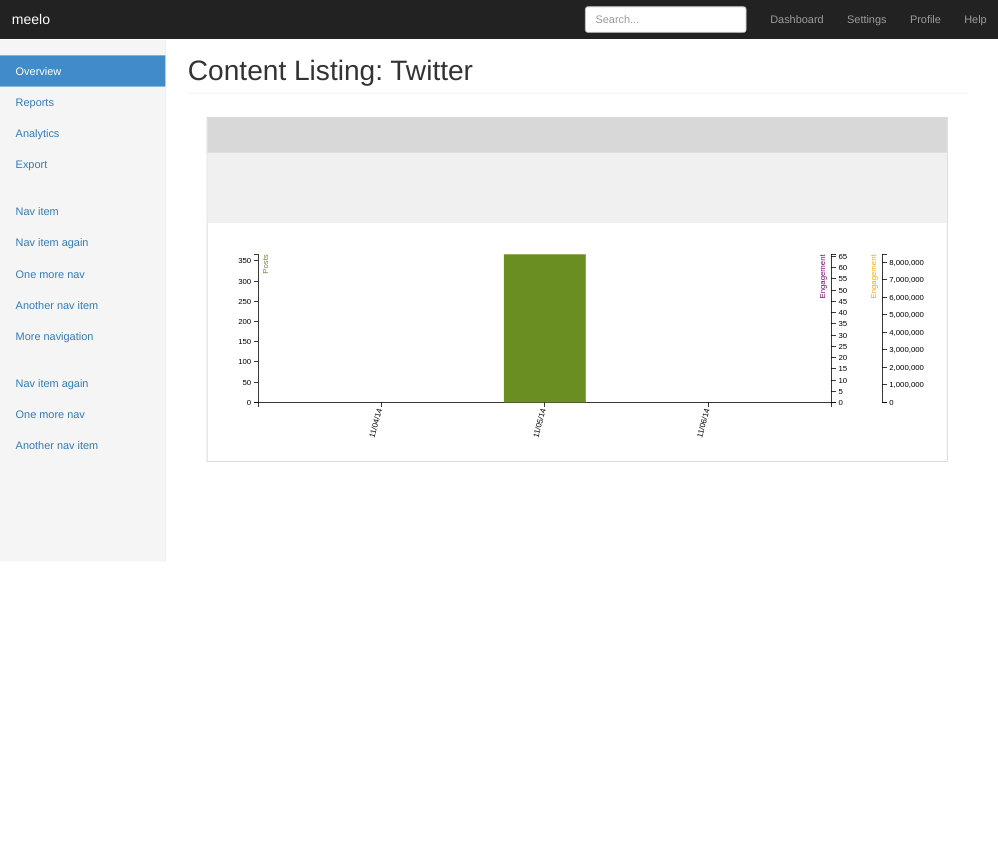
Repository: sadam0930/dashboard-example
Page: mclient/index.html
The author's editor kept a record of every edit. The page is drawn from the files as they stood at one moment, then again after the next edit.
The browser window is 1280 px wide. The pictures show the whole page, at 78% of full size.
Pictures or frames that could not be fetched are drawn as grey boxes.

Above is the page before.

### mclient/index.html
<!doctype html>
<html lang="en" ng-app>
  <head>
    <title>Dashboard Example</title>
    <meta name="viewport" content="width=device-width, initial-scale=1.0">
    <link rel="stylesheet" href="/css/bootstrap.min.css">
    <link rel="stylesheet" href="/css/bootstrap-responsive.min.css">
    <link rel="stylesheet" href="/css/jquery.dataTables.min.css">
    <link rel="stylesheet" href="/css/dataTables.bootstrap.css">
    <link rel="stylesheet" href="/css/jquery.gridster.min.css">
    <!-- Custom styles for this template -->
    <link rel="stylesheet" href="/css/dashboard.css">
  </head>
  <body>

    <nav class="navbar navbar-inverse navbar-fixed-top" role="navigation">
      <div class="container-fluid">
        <div class="navbar-header">
          <button type="button" class="navbar-toggle collapsed" data-toggle="collapse" data-target="#navbar" aria-expanded="false" aria-controls="navbar">
            <span class="sr-only">Toggle navigation</span>
            <span class="icon-bar"></span>
            <span class="icon-bar"></span>
            <span class="icon-bar"></span>
          </button>
          <a class="navbar-brand" href="#">meelo</a>
        </div>
        <div id="navbar" class="navbar-collapse collapse">
          <ul class="nav navbar-nav navbar-right">
            <li><a href="#">Dashboard</a></li>
            <li><a href="#">Settings</a></li>
            <li><a href="#">Profile</a></li>
            <li><a href="#">Help</a></li>
          </ul>
          <form class="navbar-form navbar-right">
            <input type="text" class="form-control" placeholder="Search...">
          </form>
        </div>
      </div>
    </nav>

    <div class="container-fluid">
      <div class="row">
        <div class="col-sm-3 col-md-2 sidebar">
          <ul class="nav nav-sidebar">
            <li class="active"><a href="#">Overview <span class="sr-only">(current)</span></a></li>
            <li><a href="#">Reports</a></li>
            <li><a href="#">Analytics</a></li>
            <li><a href="#">Export</a></li>
          </ul>
          <ul class="nav nav-sidebar">
            <li><a href="">Nav item</a></li>
            <li><a href="">Nav item again</a></li>
            <li><a href="">One more nav</a></li>
            <li><a href="">Another nav item</a></li>
            <li><a href="">More navigation</a></li>
          </ul>
          <ul class="nav nav-sidebar">
            <li><a href="">Nav item again</a></li>
            <li><a href="">One more nav</a></li>
            <li><a href="">Another nav item</a></li>
          </ul>
        </div>

        <div class="col-sm-9 col-sm-offset-3 col-md-10 col-md-offset-2 main">

          <h1 class="page-header">Content Listing: Twitter</h1>
          <div class="wrapper gridster">
            <ul>
               <li data-row="1" data-col="1" data-sizex="1" data-sizey="1">
                  <div class="widget" id="chart-1">
                    <div class="top" style="height:45px"></div>
                    <div class="info"></div>
                  </div>
               </li>
               <li data-row="2" data-col="1" data-sizex="1" data-sizey="1">

               </li>
            </ul>
          </div>

        </div>

      </div>
    </div>

    <script src="/js/jquery.min.js"></script>
    <script src="/js/bootstrap.min.js"></script>
    <!--<script src="/js/angular.min.js"></script>-->
    <script src="/js/docs.min.js"></script>
    <script src="/js/jquery.dataTables.min.js"></script>
    <script src="/js/plugin-input.js"></script>
    <script src="/js/dataTables.bootstrap.js"></script>
    <script src="/js/d3.v3.js"></script>
    <script src="/js/jquery.gridster.min.js"></script>
    <script src="/js/jquery.gridster.with-extras.min.js"></script>
    <script src="/js/meelo-test.js"></script>
  </body>
</html>

### css/dataTables.bootstrap.css
div.dataTables_length label {
	font-weight: normal;
	text-align: left;
	white-space: nowrap;
}

div.dataTables_length select {
	width: 75px;
	display: inline-block;
}

div.dataTables_filter {
	text-align: right;
}

div.dataTables_filter label {
	font-weight: normal;
	white-space: nowrap;
	text-align: left;
}

div.dataTables_filter input {
	margin-left: 0.5em;
	display: inline-block;
}

div.dataTables_info {
	padding-top: 8px;
	white-space: nowrap;
}

div.dataTables_paginate {
	margin: 0;
	white-space: nowrap;
	text-align: right;
}

div.dataTables_paginate ul.pagination {
	margin: 2px 0;
	white-space: nowrap;
}

@media screen and (max-width: 767px) {
	div.dataTables_length,
	div.dataTables_filter,
	div.dataTables_info,
	div.dataTables_paginate {
		text-align: center;
	}
}


table.dataTable td,
table.dataTable th {
	-webkit-box-sizing: content-box;
	-moz-box-sizing: content-box;
	box-sizing: content-box;
}


table.dataTable {
	clear: both;
	margin-top: 6px !important;
	margin-bottom: 6px !important;
	max-width: none !important;
}

table.dataTable thead .sorting,
table.dataTable thead .sorting_asc,
table.dataTable thead .sorting_desc,
table.dataTable thead .sorting_asc_disabled,
table.dataTable thead .sorting_desc_disabled {
	cursor: pointer;
}

table.dataTable thead .sorting { background: url('../images/sort_both.png') no-repeat center right; }
table.dataTable thead .sorting_asc { background: url('../images/sort_asc.png') no-repeat center right; }
table.dataTable thead .sorting_desc { background: url('../images/sort_desc.png') no-repeat center right; }

table.dataTable thead .sorting_asc_disabled { background: url('../images/sort_asc_disabled.png') no-repeat center right; }
table.dataTable thead .sorting_desc_disabled { background: url('../images/sort_desc_disabled.png') no-repeat center right; }

table.dataTable thead > tr > th {
	padding-left: 18px;
	padding-right: 18px;
}

table.dataTable th:active {
	outline: none;
}

/* Scrolling */
div.dataTables_scrollHead table {
	margin-bottom: 0 !important;
	border-bottom-left-radius: 0;
	border-bottom-right-radius: 0;
}

div.dataTables_scrollHead table thead tr:last-child th:first-child,
div.dataTables_scrollHead table thead tr:last-child td:first-child {
	border-bottom-left-radius: 0 !important;
	border-bottom-right-radius: 0 !important;
}

div.dataTables_scrollBody table {
	border-top: none;
	margin-top: 0 !important;
	margin-bottom: 0 !important;
}

div.dataTables_scrollBody tbody tr:first-child th,
div.dataTables_scrollBody tbody tr:first-child td {
	border-top: none;
}

div.dataTables_scrollFoot table {
	margin-top: 0 !important;
	border-top: none;
}

/* Frustratingly the border-collapse:collapse used by Bootstrap makes the column
   width calculations when using scrolling impossible to align columns. We have
   to use separate
 */
table.table-bordered.dataTable {
	border-collapse: separate !important;
}
table.table-bordered thead th,
table.table-bordered thead td {
	border-left-width: 0;
	border-top-width: 0;
}
table.table-bordered tbody th,
table.table-bordered tbody td {
	border-left-width: 0;
	border-bottom-width: 0;
}
table.table-bordered th:last-child,
table.table-bordered td:last-child {
	border-right-width: 0;
}
div.dataTables_scrollHead table.table-bordered {
	border-bottom-width: 0;
}




/*
 * TableTools styles
 */
.table.dataTable tbody tr.active td,
.table.dataTable tbody tr.active th {
	background-color: #08C;
	color: white;
}

.table.dataTable tbody tr.active:hover td,
.table.dataTable tbody tr.active:hover th {
	background-color: #0075b0 !important;
}

.table.dataTable tbody tr.active th > a,
.table.dataTable tbody tr.active td > a {
	color: white;
}

.table-striped.dataTable tbody tr.active:nth-child(odd) td,
.table-striped.dataTable tbody tr.active:nth-child(odd) th {
	background-color: #017ebc;
}

table.DTTT_selectable tbody tr {
	cursor: pointer;
}

div.DTTT .btn {
	color: #333 !important;
	font-size: 12px;
}

div.DTTT .btn:hover {
	text-decoration: none !important;
}

ul.DTTT_dropdown.dropdown-menu {
  z-index: 2003;
}

ul.DTTT_dropdown.dropdown-menu a {
	color: #333 !important; /* needed only when demo_page.css is included */
}

ul.DTTT_dropdown.dropdown-menu li {
	position: relative;
}

ul.DTTT_dropdown.dropdown-menu li:hover a {
	background-color: #0088cc;
	color: white !important;
}

div.DTTT_collection_background {
	z-index: 2002;
}

/* TableTools information display */
div.DTTT_print_info {
	position: fixed;
	top: 50%;
	left: 50%;
	width: 400px;
	height: 150px;
	margin-left: -200px;
	margin-top: -75px;
	text-align: center;
	color: #333;
	padding: 10px 30px;
	opacity: 0.95;

	background-color: white;
	border: 1px solid rgba(0, 0, 0, 0.2);
	border-radius: 6px;

	-webkit-box-shadow: 0 3px 7px rgba(0, 0, 0, 0.5);
	        box-shadow: 0 3px 7px rgba(0, 0, 0, 0.5);
}

div.DTTT_print_info h6 {
	font-weight: normal;
	font-size: 28px;
	line-height: 28px;
	margin: 1em;
}

div.DTTT_print_info p {
	font-size: 14px;
	line-height: 20px;
}

div.dataTables_processing {
    position: absolute;
    top: 50%;
    left: 50%;
    width: 100%;
    height: 60px;
    margin-left: -50%;
    margin-top: -25px;
    padding-top: 20px;
    padding-bottom: 20px;
    text-align: center;
    font-size: 1.2em;
    background-color: white;
    background: -webkit-gradient(linear, left top, right top, color-stop(0%, rgba(255,255,255,0)), color-stop(25%, rgba(255,255,255,0.9)), color-stop(75%, rgba(255,255,255,0.9)), color-stop(100%, rgba(255,255,255,0)));
    background: -webkit-linear-gradient(left, rgba(255,255,255,0) 0%, rgba(255,255,255,0.9) 25%, rgba(255,255,255,0.9) 75%, rgba(255,255,255,0) 100%);
    background: -moz-linear-gradient(left, rgba(255,255,255,0) 0%, rgba(255,255,255,0.9) 25%, rgba(255,255,255,0.9) 75%, rgba(255,255,255,0) 100%);
    background: -ms-linear-gradient(left, rgba(255,255,255,0) 0%, rgba(255,255,255,0.9) 25%, rgba(255,255,255,0.9) 75%, rgba(255,255,255,0) 100%);
    background: -o-linear-gradient(left, rgba(255,255,255,0) 0%, rgba(255,255,255,0.9) 25%, rgba(255,255,255,0.9) 75%, rgba(255,255,255,0) 100%);
    background: linear-gradient(to right, rgba(255,255,255,0) 0%, rgba(255,255,255,0.9) 25%, rgba(255,255,255,0.9) 75%, rgba(255,255,255,0) 100%);
}



/*
 * FixedColumns styles
 */
div.DTFC_LeftHeadWrapper table,
div.DTFC_LeftFootWrapper table,
div.DTFC_RightHeadWrapper table,
div.DTFC_RightFootWrapper table,
table.DTFC_Cloned tr.even {
    background-color: white;
    margin-bottom: 0;
}

div.DTFC_RightHeadWrapper table ,
div.DTFC_LeftHeadWrapper table {
	border-bottom: none !important;
    margin-bottom: 0 !important;
    border-top-right-radius: 0 !important;
    border-bottom-left-radius: 0 !important;
    border-bottom-right-radius: 0 !important;
}

div.DTFC_RightHeadWrapper table thead tr:last-child th:first-child,
div.DTFC_RightHeadWrapper table thead tr:last-child td:first-child,
div.DTFC_LeftHeadWrapper table thead tr:last-child th:first-child,
div.DTFC_LeftHeadWrapper table thead tr:last-child td:first-child {
    border-bottom-left-radius: 0 !important;
    border-bottom-right-radius: 0 !important;
}

div.DTFC_RightBodyWrapper table,
div.DTFC_LeftBodyWrapper table {
    border-top: none;
    margin: 0 !important;
}

div.DTFC_RightBodyWrapper tbody tr:first-child th,
div.DTFC_RightBodyWrapper tbody tr:first-child td,
div.DTFC_LeftBodyWrapper tbody tr:first-child th,
div.DTFC_LeftBodyWrapper tbody tr:first-child td {
    border-top: none;
}

div.DTFC_RightFootWrapper table,
div.DTFC_LeftFootWrapper table {
    border-top: none;
    margin-top: 0 !important;
}


/*
 * FixedHeader styles
 */
div.FixedHeader_Cloned table {
	margin: 0 !important
}

### css/dashboard.css
/*
 * Base structure
 */

/* Move down content because we have a fixed navbar that is 50px tall */
body {
  padding-top: 50px;
}


/*
 * Global add-ons
 */

.sub-header {
  padding-bottom: 10px;
  border-bottom: 1px solid #eee;
}

/*
 * Top navigation
 * Hide default border to remove 1px line.
 */
.navbar-fixed-top {
  border: 0;
}

/*
 * Sidebar
 */

/* Hide for mobile, show later */
.sidebar {
  display: none;
}
@media (min-width: 768px) {
  .sidebar {
    position: fixed;
    top: 51px;
    bottom: 0;
    left: 0;
    z-index: 1000;
    display: block;
    padding: 20px;
    overflow-x: hidden;
    overflow-y: auto; /* Scrollable contents if viewport is shorter than content. */
    background-color: #f5f5f5;
    border-right: 1px solid #eee;
  }
}

/* Sidebar navigation */
.nav-sidebar {
  margin-right: -21px; /* 20px padding + 1px border */
  margin-bottom: 20px;
  margin-left: -20px;
}
.nav-sidebar > li > a {
  padding-right: 20px;
  padding-left: 20px;
}
.nav-sidebar > .active > a,
.nav-sidebar > .active > a:hover,
.nav-sidebar > .active > a:focus {
  color: #fff;
  background-color: #428bca;
}

.sidebar-wrapper.collapsed {
  left: -17%;
  -webkit-transition: all .25s ease-out;
     -moz-transition: all .25s ease-out;
          transition: all .25s ease-out;
}

/*
 * Main content
 */

.main {
  padding: 20px;
}
@media (min-width: 768px) {
  .main {
    padding-right: 40px;
    padding-left: 40px;
  }
}
.main .page-header {
  margin-top: 0;
}


/*
 * Chart content
 */

.axis {
	  font: 10px sans-serif;
}

.axis path,
.axis line {
  fill: none;
  stroke: #000;
  shape-rendering: crispEdges;
}

/*
 * Widget
 */

.widget {
  border: solid;
  border-width: 1px;
  border-color: #D0D0D0 ;
}

.widget .top,
.widget .bottom {
  /*height: 45px;*/
  background-color: #D8D8D8;
}

.widget .info {
  height: 90px;
  background-color: #F0F0F0 ;
}

.gridster > ul {
  list-style-type: none;
}

/*
 * Custom Datatable CSS
 */

.dataTables_wrapper .dataTables_filter {
  padding-top: 0.6em;
  display: inline-block;
}

.dataTables_wrapper .dataTables_paginate {
  display: inline-block;
}

.dataTables_wrapper .dataTables_paginate {
  padding-top: 0;
}

table.dataTable {
  margin-top: 0 !important;
  margin-bottom: 0 !important;
}

.paginate_input {
  margin-top: 0.6em;
  width: 50px;
}

/*!
 * DataTables + Font Awesome integration
 * License: MIT - http://datatables.net/license
 */

/*
 * Sort styling
 */
table.dataTable thead th {
	position: relative;
	/* Remove the DataTables bootstrap integration styling */
	background-image: none !important;
}

table.dataTable thead th.sorting:after,
table.dataTable thead th.sorting_asc:after,
table.dataTable thead th.sorting_desc:after {
	position: absolute;
	top: 12px;
	right: 8px;
	display: block;
	font-family: FontAwesome;
}

table.dataTable thead th.sorting:after {
	content: "\f0dc";
	color: #ddd;
	font-size: 0.8em;
	padding-top: 0.12em;
}
table.dataTable thead th.sorting_asc:after {
	content: "\f106";
}
table.dataTable thead th.sorting_desc:after {
	content: "\f107";
}

div.dataTables_scrollBody table.dataTable thead th.sorting:after,
div.dataTables_scrollBody table.dataTable thead th.sorting_asc:after,
div.dataTables_scrollBody table.dataTable thead th.sorting_desc:after {
	content: "";
}

/*
 * DataTables style pagination controls
 */
div.dataTables_paginate span.paginate_button.previous {
	position: relative;
	padding-left: 24px;
	display: inline;
	padding-bottom: 1em;
}

div.dataTables_paginate span.paginate_button.next {
	position: relative;
	padding-right: 24px;
	display: inline;
	padding-bottom: 1em;
}

div.dataTables_paginate span.previous:before {
	position: absolute;
	top: 8px;
	left: 10px;
	display: block;
	font-family: FontAwesome;
}

div.dataTables_paginate span.next:after {
	position: absolute;
	top: 8px;
	right: 10px;
	display: block;
	font-family: FontAwesome;
}

div.dataTables_paginate span.previous:before {
	content: "\f104";
}

div.dataTables_paginate span.next:after {
	content: "\f105";
}

#g-search-button {
  display: inline-block;
  width: 16px;
  height: 16px;
  position: relative;
  left: -22px;
  top: 3px;
  background: url('/img/search_icon.png');
}



.clearfix:after {
   content: " "; /* Older browser do not support empty content */
   visibility: hidden;
   display: block;
   height: 0;
   clear: both;
}


/* Custom dropdown */
.group1 div.dropdown {
  float: left;
}

### js/meelo-test.js
$(document).ready(function(){
    initGrid();
    $.getJSON( "ajax/twitter.json", function( response ) {
        generateChart(response);
        generateTable(response);
    });
    initCallbacks();
});

/*
TODO:
Add gridster resize = true
Add responsive chart logic
*/

function initCallbacks(){
    $('[data-toggle=offcanvas]').click(function () {
        $('.sidebar-wrapper').toggleClass('collapsed');
    });
}

function initGrid() {
    $(".gridster ul").gridster({
        widget_margins: [10, 10],
        widget_base_dimensions: [950, 450]
    });
    //remove unwanted gridster classes from inner li
    $('.dropdown-menu li').removeClass('gs-w');
    $('.dropdown-menu').css('width', '');
}

function resizeChart() {

}

function generateChart(response) {
    var chartDivId = '#chart-1';

    var day = new Date(response.data.rows[0][0].value);
    var daybefore = new Date(day.getTime());
    var dayafter = new Date(day.getTime());
    daybefore.setDate((day.getDate() - 1));
    dayafter.setDate((day.getDate() + 1));

    var margin = {top: 40, right: 150, bottom: 70, left: 65},
    width = 950 - margin.left - margin.right,
    height = 300 - margin.top - margin.bottom;

    // Parse the date / time
    var	parseDate = d3.time.format("%m/%d/%y").parse;

    var x = d3.scale.ordinal().rangeRoundBands([0, width], .5);
    var y = d3.scale.linear().range([height, 0]);
    var y2 = d3.scale.linear().range([height, 0]);
    var y3 = d3.scale.linear().range([height, 0]);

    var xAxis = d3.svg.axis()
                    .scale(x)
                    .orient("bottom")
                    .tickFormat(d3.time.format("%m/%d/%y"));

    var yAxis = d3.svg.axis()
                    .scale(y)
                    .orient("left")
                    .ticks(10);

    var yAxisRight1 = d3.svg.axis().scale(y2)
                        .orient("right").ticks(15);

    var yAxisRight2 = d3.svg.axis().scale(y3)
                        .orient("right").ticks(10);

    var svg = d3.select(chartDivId).append("svg")
                .attr("width", width + margin.left + margin.right)
                .attr("height", height + margin.top + margin.bottom)
                .append("g")
                    .attr("transform",
                        "translate(" + margin.left + "," + margin.top + ")");


    var data = [{"date":daybefore,"value":0,"eng":0,"exp":0}];
    $.each(response.data.headers, function() {
        if(this.field === "posts" || this.field === "reach" || this.field === "interactions"){
            var tmp = {"date":day};
            if(this.field === "posts"){
                tmp.value = +this.totals;
            } else if(this.field === "reach"){
            tmp.exp = this.totals;
            } else if(this.field === "interactions"){
                tmp.eng = this.totals;
            }
            data.push(tmp);
        }
    });
    data.push({"date":dayafter,"value":0,"eng":0,"exp":0})

    x.domain(data.map(function(d) { return d.date; }));
    y.domain([0, d3.max(data, function(d) { return d.value; })]);
    y2.domain([0, d3.max(data, function(d) { return d.eng; })]);
    y3.domain([0, d3.max(data, function(d) { return d.exp; })]);

    svg.append("g")
      .attr("class", "x axis")
      .attr("transform", "translate(0," + height + ")")
      .call(xAxis)
    .selectAll("text")
      .style("text-anchor", "end")
      .attr("dx", "-.8em")
      .attr("dy", "-.55em")
      .attr("transform", "rotate(-75)" );

    svg.append("g")
      .attr("class", "y axis")
      .call(yAxis)
    .append("text")
      .attr("transform", "rotate(-90)")
      .attr("y", 6)
      .attr("dy", ".71em")
      .style("text-anchor", "end")
      .style("fill", "OliveDrab")
      .text("Posts");

    svg.append("g")
      .attr("class", "y axis")
      .attr("transform", "translate(" + width + " ,0)")
      .call(yAxisRight1)
    .append("text")
      .attr("transform", "rotate(-90)")
      .attr("y", -15)
      .attr("dy", ".71em")
      .style("text-anchor", "end")
      .style("fill", "purple")
      .text("Engagement");;

    svg.append("g")
      .attr("class", "y axis")
      .attr("transform", "translate(" + (width+65) + " ,0)")
      .call(yAxisRight2)
    .append("text")
      .attr("transform", "rotate(-90)")
      .attr("y", -15)
      .attr("dy", ".71em")
      .style("text-anchor", "end")
      .style("fill", "orange")
      .text("Engagement");;


    svg.selectAll("bar")
      .data(data)
    .enter().append("rect")
      .style("fill", "OliveDrab")
      .attr("x", function(d) { return x(d.date); })
      .attr("width", x.rangeBand())
      .attr("y", function(d) { return y(d.value); })
      .attr("height", function(d) { return height - y(d.value); });

}

function generateTable(response) {
    var tableDivId = '#table-1';
    var tableId = 'twitter-table';
    buildTable(response, tableDivId, tableId);
    populateTable(response, tableId);
    $('#'+tableId).dataTable( {
        "dom": '<"top"pf>rt<"bottom"pf><"clear">',
        "pagingType": "input",
        "language": {
            "search": "",
            "paginate": {
                "first": "",
                "previous": "",
                "next": "",
                "last": ""
            }
        }
    });
    $(".first.paginate_button, .last.paginate_button").remove();
    $(".paginate_of, .paginate_page").hide();
    $(".dataTables_filter").append('<span id="g-search-button"></span>');
    $('.top').addClass("clearfix")
    $('.bottom').addClass("clearfix")
}

function buildTable(response, tableDivId, tableId){
    $(tableDivId).append('<table class="table" id="'+ tableId +'"><thead><tr></tr></thead><tbody></tbody></table>');
    var html = '';
    $.each(response.data.headers, function(){
        html = '<th id="' + this.field + '">' + this.label + '</th>';
        $('#' + tableId + ' > thead > tr').append(html);
    });
}

function populateTable(response, tableId){
    var html = '';
    $.each(response.data.rows, function(){
       $('#' + tableId + ' > tbody').append('<tr></tr>');
       $.each(this, function(){
           switch(this.field){
               case 'date' :
                   var date = new Date(this.value);
                   html = '<td>' + formatDate(date) + '</td>';
                   break;
               case 'brand_id':
                   html = '<td>' + this.label + '</td>';
                   break;
               case 'title':
                   html = '<td>' + this.label + '</td>';
                   break;
               case 'posts':
                   html = '<td>' + this.values + '</td>';
                   break;
               case 'reach':
                   html = '<td>' + this.values + '</td>';
                   break;
               case 'interactions':
                   html = '<td>' + this.values + '</td>';
                   break;
                default:
                    html = '<td>' + this + '</td>';
           }
           $('#' + tableId + ' > tbody > tr:last').append(html);
       });
    });
}

function formatDate(date) {
    return (date.getMonth() + 1) + '/' + date.getDate() + '/' +  date.getFullYear();
}

Loaded but not shown: css/bootstrap.min.css (library); css/bootstrap-responsive.min.css (library); css/jquery.dataTables.min.css (library); css/jquery.gridster.min.css (library); js/jquery.min.js (library); js/bootstrap.min.js (library); js/docs.min.js (library); js/jquery.dataTables.min.js (library); js/dataTables.bootstrap.js (common file); js/d3.v3.js (library); js/jquery.gridster.min.js (library); js/jquery.gridster.with-extras.min.js (library); mclient/ajax/twitter.json (1 lines, source omitted); js/plugin-input.js (220 lines, source omitted)

After the next edit:
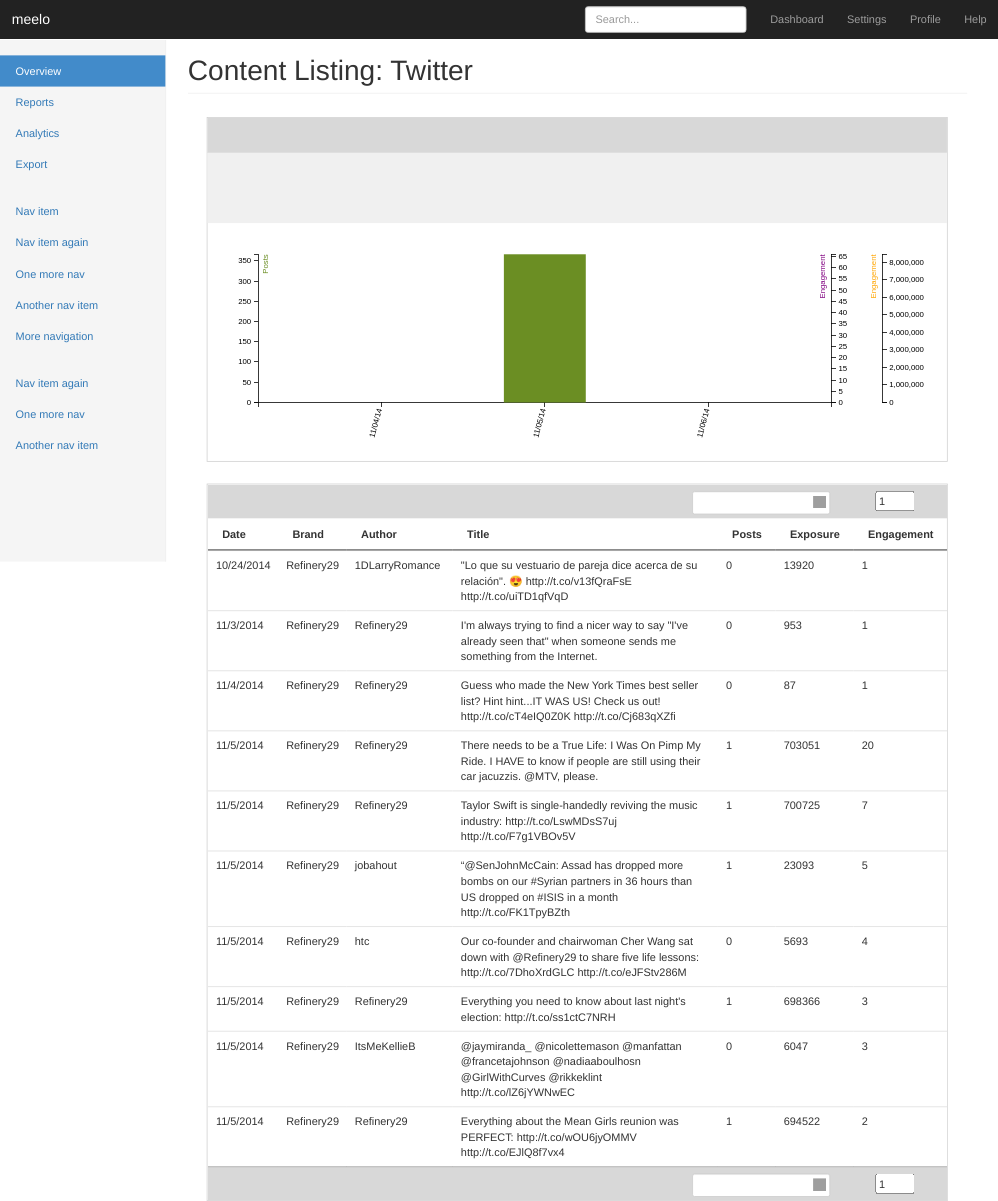
The edit:
--- a/mclient/index.html
+++ b/mclient/index.html
@@ -73,7 +73,8 @@
                   </div>
                </li>
                <li data-row="2" data-col="1" data-sizex="1" data-sizey="1">
-
+                  <div class="widget table-responsive" id="table-1">
+                  </div>
                </li>
             </ul>
           </div>
